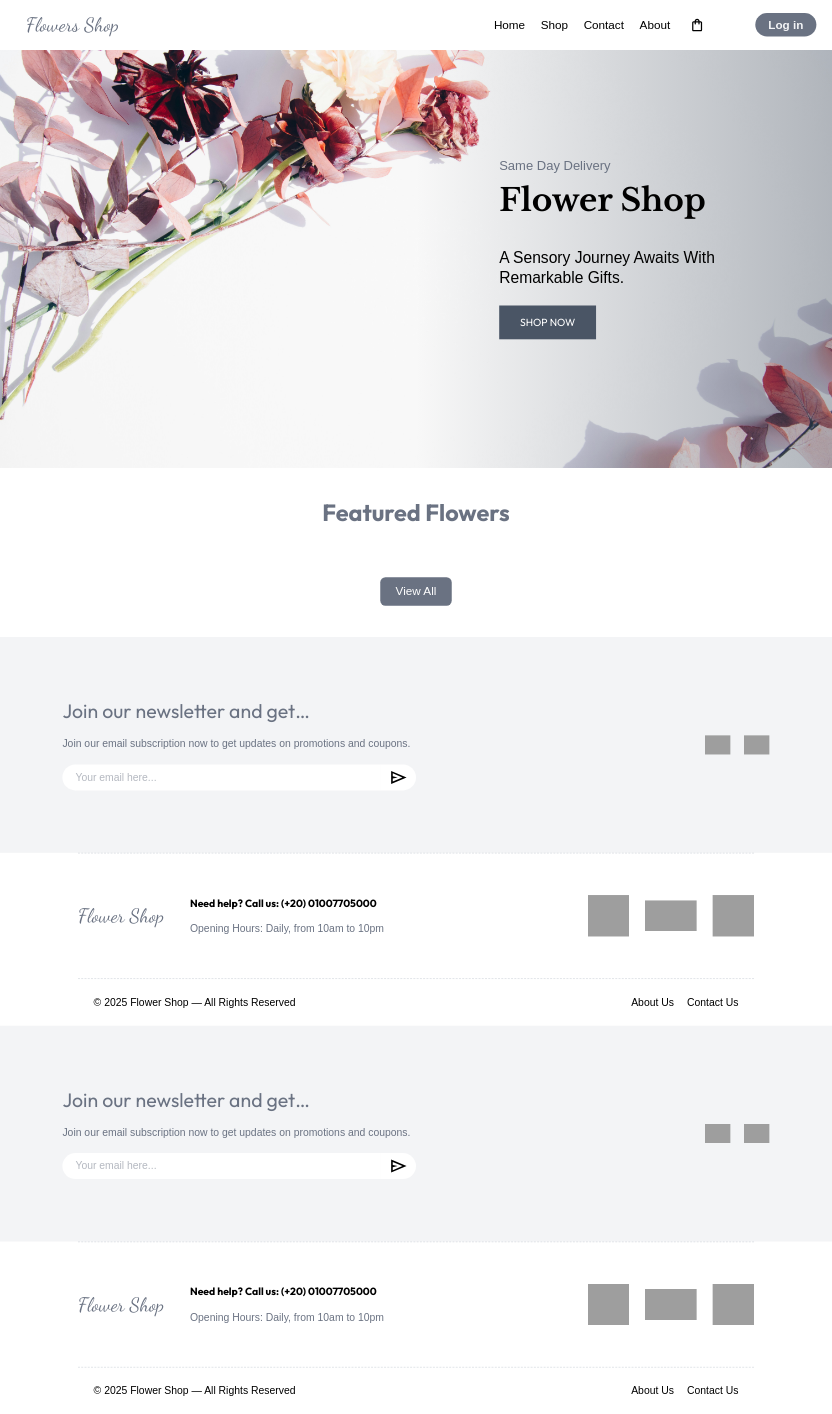
Repository: NotDebugger/flowers-shop
Page: /
These files come from the project's save history. The page is drawn as it stood at one moment and after the next save; the edit follows.
The browser window is 1280 px wide. The pictures show the whole page, at 65% of full size.
Pictures or frames that could not be fetched are drawn as grey boxes. The page's requests for data from a server got no answer. Some web fonts or font styles are not loaded; a fallback is used. The project was rebuilt for these pictures with package versions that can differ from the ones it lists, and the page was loaded fresh each time. No one was signed in, and anything a server would have sent is missing. Also part of the build but not shown: vite.config.js, src/contexts/cartContext.js, src/hooks/useCart.js, src/components/ProductCard.jsx, src/pages/Shop.jsx, src/pages/ProductPage.jsx, src/pages/Cart.jsx, src/pages/Contact.jsx and 4 more.

Above is the page before, as saved 2026-04-06 15:06:14.

### index.html
<!DOCTYPE html>
<html lang="en">
  <head>
    <meta charset="UTF-8" />
    <meta name="viewport" content="width=device-width, initial-scale=1.0" />
    <link rel="icon" href="https://img.freepik.com/premium-vector/pink-flowers-logo-design-concept-vector-art-illustration_761413-39098.jpg" />
    <link rel="preconnect" href="https://fonts.googleapis.com" />
    <link rel="preconnect" href="https://fonts.gstatic.com" crossorigin />
    <link
      href="https://fonts.googleapis.com/css2?family=Dancing+Script:wght@400..700&family=Libre+Baskerville:ital,wght@0,400;0,700;1,400&family=Neucha&family=Outfit:wght@100..900&display=swap"
      rel="stylesheet"
    />

    <title>Flowers Shop</title>
  </head>
  <body>
    <div id="root"></div>
    <script type="module" src="/src/main.jsx"></script>
  </body>
</html>

### src/main.jsx
import { StrictMode } from 'react'
import { createRoot } from 'react-dom/client'
import ReactDOM from "react-dom/client"
import './index.css'
import App from './App.jsx'

createRoot(document.getElementById('root')).render(
  <StrictMode>
    <App />
  </StrictMode>,
)

### src/index.css
@import "tailwindcss";
:root {
  font-family: system-ui, Avenir, Helvetica, Arial, sans-serif;
  line-height: 1.5;
  font-weight: 400;



  font-synthesis: none;
  text-rendering: optimizeLegibility;
  -webkit-font-smoothing: antialiased;
  -moz-osx-font-smoothing: grayscale;
}

### src/App.jsx
import "./App.css";
import React, { useState, useEffect } from "react";
import { BrowserRouter as Router, Routes, Route } from "react-router-dom";
import Navbar from "./components/Navbar";
import Shop from "./pages/Shop";
import ProductPage from "./pages/ProductPage";
import Cart from "./pages/Cart";
import Home from "./pages/Home";
import Contact from "./pages/Contact";
import About from "./pages/About";
import Login from "./pages/Login";
import PasswordForgot from "./pages/PasswordForgot";
import Signup from "./pages/Signup";
import Footer from "./components/Footer";

export default function App() {
  const [cart, setCart] = useState([]);
  const [products, setProducts] = useState([]);

  useEffect(() => {
    fetch(
      "https://raw.githubusercontent.com/Crazy-53/Flowers-Shop/refs/heads/main/src/data/products.json",
    )
      .then((res) => res.json())
      .then((data) => setProducts(data));
  }, []);

  return (
    <Router>
      <Navbar />
      <Routes>
        <Route path="/" element={<Home />} />
        <Route
          path="/shop"
          element={<Shop cart={cart} setCart={setCart} products={products} />}
        />
        <Route path="/contact" element={<Contact />} />
        <Route path="/about" element={<About />} />
        <Route path="/login" element={<Login />} />
        <Route path="/password-forgot" element={<PasswordForgot />} />
        <Route path="/sign-up" element={<Signup />} />
        <Route
          path="/product/:id"
          element={
            <ProductPage cart={cart} setCart={setCart} products={products} />
          }
        />
        <Route path="/cart" element={<Cart cart={cart} setCart={setCart} />} />
      </Routes>
      <Footer />
    </Router>
  );
}

### src/App.css
:root {
  font-family: "Neucha", sans-serif;
}
.family {
  font-family: "Dancing Script", sans-serif;
}
.outfit {
  font-family: "Outfit", sans-serif;
}
.h1-title {
  font-family: "Libre Baskerville", sans-serif;
}
button:hover {
  cursor: pointer;
}

### src/components/Navbar.jsx
import { Link } from "react-router-dom";
import { useState } from "react";

export default function Navbar() {
  const [open, setOpen] = useState(false);

  return (
    <>
      {/* Blur Background */}
      {open && (
        <div
          onClick={() => setOpen(false)}
          className="fixed inset-0 bg-black/30 backdrop-blur-sm z-10 md:hidden"
        />
      )}

      <div className="nav flex justify-between pl-10 pr-6 py-5 w-full fixed top-0 bg-white z-20">

        <Link to="/" className="family text-3xl text-gray-500">
          Flowers Shop
        </Link>

        {/* Mobile Button */}
        <div className="flex gap-5 md:hidden">
          <Link
              to="/login"
              onClick={() => setOpen(false)}
              className="text-lg px-5 py-2 text-gray-100 font-bold bg-gray-500 hover:text-gray-500 hover:bg-gray-100 duration-300 rounded-full"
            >
              Log in
          </Link>

        <button
          className="flex flex-col justify-center items-center w-10 h-10 relative z-20"
          onClick={() => setOpen(!open)}
        >
          <span
            className={`h-1 w-8 bg-black rounded transition-all duration-300 ${
              open ? "rotate-45 translate-y-2" : ""
            }`}
          />
          <span
            className={`h-1 w-8 bg-black rounded my-1 transition-all duration-300 ${
              open ? "opacity-0" : "opacity-100"
            }`}
          />
          <span
            className={`h-1 w-8 bg-black rounded transition-all duration-300 ${
              open ? "-rotate-45 -translate-y-2" : ""
            }`}
          />
        </button>
        </div>

        {/* Desktop Nav */}
        <ul className="hidden md:flex gap-6">
          <li className="hover:scale-120 hover:text-gray-500 self-center duration-200">
            <Link to="/" className="text-lg">Home</Link>
          </li>

          <li className="hover:scale-120 hover:text-gray-500 self-center duration-200">
            <Link to="/shop" className="text-lg">Shop</Link>
          </li>

          <li className="hover:scale-120 hover:text-gray-500 self-center duration-200">
            <Link to="/contact" className="text-lg">Contact</Link>
          </li>

          <li className="hover:scale-120 hover:text-gray-500 self-center duration-200">
            <Link to="/about" className="text-lg">About</Link>
          </li>

          <li className="self-center">
            <Link
              to="/cart"
              className="hover:bg-gray-500 duration-200 rounded-full flex justify-center items-center"
            >
              <svg
                className="inline hover:fill-white p-1.5 duration-200"
                xmlns="http://www.w3.org/2000/svg"
                height="35px"
                viewBox="0 -960 960 960"
                width="35px"
                fill="#000000"
              >
                <path d="M240-80q-33 0-56.5-23.5T160-160v-480q0-33 23.5-56.5T240-720h80q0-66 47-113t113-47q66 0 113 47t47 113h80q33 0 56.5 23.5T800-640v480q0 33-23.5 56.5T720-80H240Zm0-80h480v-480h-80v80q0 17-11.5 28.5T600-520q-17 0-28.5-11.5T560-560v-80H400v80q0 17-11.5 28.5T360-520q-17 0-28.5-11.5T320-560v-80h-80v480Zm160-560h160q0-33-23.5-56.5T480-800q-33 0-56.5 23.5T400-720ZM240-160v-480 480Z" />
              </svg>
            </Link>
          </li>

          <li className="self-center">
            <Link
              to="/login"
              className="text-lg ml-12 px-5 py-2 text-gray-100 font-bold bg-gray-500 hover:text-gray-500 hover:bg-gray-100 duration-300 rounded-full"
            >
              Log in
            </Link>
          </li>
        </ul>

        {/* Mobile Nav */}
        <div
          className={`md:hidden absolute top-full left-0 w-full bg-white shadow-md transition-all duration-300 overflow-hidden ${
            open ? "max-h-96 py-4" : "max-h-0 py-0"
          }`}
        >
          <ul className="flex flex-col items-center gap-4">
            <Link to="/" onClick={() => setOpen(false)} className="text-lg">Home</Link>
            <Link to="/shop" onClick={() => setOpen(false)} className="text-lg">Shop</Link>
            <Link to="/contact" onClick={() => setOpen(false)} className="text-lg">Contact</Link>
            <Link to="/about" onClick={() => setOpen(false)} className="text-lg">About</Link>
            <Link
              to="/cart"
              onClick={() => setOpen(false)}
              className="text-lg flex items-center gap-2"
            >
              Cart
            </Link>
          </ul>
        </div>
      </div>
    </>
  );
}

### src/pages/Home.jsx
import { Link } from "react-router-dom";
import Footer from "../components/Footer";
import FeaturedProducts from "../components/FeaturedProducts";

export default function Home() {
  return (
    <>
      <div className="bg-[url(imgs/flower4.jpg)] h-screen bg-cover bg-top bg-no-repeat relative">
        <div className="absolute inset-0 bg-linear-to-l from-gray-600/40 via-transparent"></div>
        <div className="ml-20 lg:ml-0 absolute right-16 top-2/5 lg:top-2/6 z-10">
          <h4 className="text-xl mb-4 text-gray-500">Same Day Delivery</h4>
          <h1 className="h1-title text-5xl font-bold">Flower Shop</h1>
          <p className="mt-12 text-2xl max-w-md mb-10">
            A Sensory Journey Awaits With Remarkable Gifts.
          </p>
          <Link
            to="/shop"
            className="bg-gray-600 text-white px-8 py-4 hover:bg-gray-100 hover:text-gray-500 duration-400 outfit"
          >
            SHOP NOW
          </Link>
        </div>
      </div>
      <FeaturedProducts />
      <Footer />
    </>
  );
}

### src/components/Footer.jsx
import { Link } from "react-router-dom";

export default function Footer() {
  return (
    <>
      <div className="bg-gray-100 py-16 px-10 md:p-24 flex flex-col md:flex-row gap-10 justify-between text-gray-500">
        <div className="w-full md:w-1/2">
          <h2 className="text-2xl md:text-3xl mb-5 outfit">
            Join our newsletter and get…
          </h2>

          <p className="mb-5">
            Join our email subscription now to get updates on promotions and
            coupons.
          </p>

          <form className="flex w-full">
            <input
              type="email"
              placeholder="Your email here..."
              className="bg-white px-5 py-2 outline-0 w-full rounded-l-full"
            />
            <button className="bg-white px-3 rounded-r-full">
              <svg
                className="inline hover:fill-gray-500 hover:-rotate-45 duration-300"
                xmlns="http://www.w3.org/2000/svg"
                height="30px"
                viewBox="0 -960 960 960"
                width="30px"
                fill="#000"
              >
                <path d="M120-160v-640l760 320-760 320Zm80-120 474-200-474-200v140l240 60-240 60v140Zm0 0v-400 400Z" />
              </svg>
            </button>
          </form>
        </div>

        {/* Social Icons */}
        <div className="grid grid-cols-2 gap-5 justify-center items-center w-1/4 md:w-auto">
          <a href="https://www.facebook.com" className="flex justify-center">
            <img
              src="https://i.postimg.cc/mkZLV9nt/facebook.png"
              alt=""
              className="w-10 hover:w-8 duration-200 hover:opacity-70"
            />
          </a>

          <a href="https://www.instagram.com" className="flex justify-center">
            <img
              src="https://i.postimg.cc/sxfjKWLW/instagram.png"
              alt=""
              className="w-10 hover:w-8 duration-200 hover:opacity-70"
            />
          </a>
        </div>
      </div>

      <div className="flex flex-col md:flex-row justify-between mx-5 md:mx-30 py-10 md:py-16 border-t border-b border-dashed border-gray-300 gap-10">
        <div className="flex flex-col md:flex-row md:items-center">
          <h1 className="family text-3xl text-gray-500 text-center md:text-left">
            Flower Shop
          </h1>

          <div className="md:ml-10 mt-5 md:mt-0 text-center md:text-left">
            <p className="font-bold mb-4 outfit">
              Need help? Call us: (+20) 01007705000
            </p>
            <p className="text-gray-500">
              Opening Hours: Daily, from 10am to 10pm
            </p>
          </div>
        </div>

        {/* Payment Icons */}
        <div className="flex justify-center md:justify-end gap-6 items-center">
          <img src="https://i.postimg.cc/Df5y0CWW/visa.png" alt="" className="w-16 h-16" />
          <img src="https://i.postimg.cc/kGMJwSHn/card.png" alt="" className="w-20 h-12" />
          <img
            src="https://i.postimg.cc/W3wpM85z/american-express.png"
            alt=""
            className="w-16 h-16"
          />
        </div>
      </div>

      <footer className="p-6 mx-5 md:mx-30 flex flex-col md:flex-row justify-between text-center md:text-left gap-5">
        <p>© 2025 Flower Shop — All Rights Reserved</p>

        <div className="flex gap-5 justify-center md:justify-end">
          <Link to="/about" className="hover:text-gray-500 duration-300">
            About Us
          </Link>
          <Link to="/contact" className="hover:text-gray-500 duration-300">
            Contact Us
          </Link>
        </div>
      </footer>
    </>
  );
}

### src/components/FeaturedProducts.jsx
import { Link } from "react-router-dom";
import { useState, useEffect } from "react";

export default function FeaturedProducts() {
  const [products, setProducts] = useState([]);

  useEffect(() => {
    fetch(
      "https://raw.githubusercontent.com/Crazy-53/Flowers-Shop/refs/heads/main/src/data/products.json"
    )
      .then((res) => res.json())
      .then((data) => setProducts(data));
  }, []);
  const featured = products.slice(0, 6);

  return (
    <div className="px-6 py-12 max-w-5xl mx-auto">
      <h2 className="text-4xl font-bold text-center mb-10 text-gray-500 outfit">
        Featured Flowers
      </h2>
      <div className="grid grid-cols-1 sm:grid-cols-2 lg:grid-cols-3 gap-8 mb-10">
        {featured.map((p) => (
          <div
            key={p.id}
            className="bg-white shadow-lg rounded-xl overflow-hidden hover:scale-105 transition"
          >
            <img src={p.image} className="w-full h-56 object-cover" />
            <div className="p-4 text-center">
              <h3 className="text-2xl font-semibold mb-2">{p.name}</h3>
              <p className="text-gray-600 mb-4">EGP {p.price}</p>
              <Link
                to={`/product/${p.id}`}
                className="text-lg bg-gray-500 text-white px-5 py-2 rounded-lg hover:bg-gray-200 hover:text-gray-500 transition duration-200"
              >
                View
              </Link>
            </div>
          </div>
        ))}
      </div>
      <div className="flex justify-center">
        <Link
          to="/shop"
          className="text-lg bg-gray-500 text-white px-6 py-2 rounded-lg hover:bg-gray-100 hover:text-gray-500 transition duration-200"
        >
          View All
        </Link>
      </div>
    </div>
  );
}

After the next save:
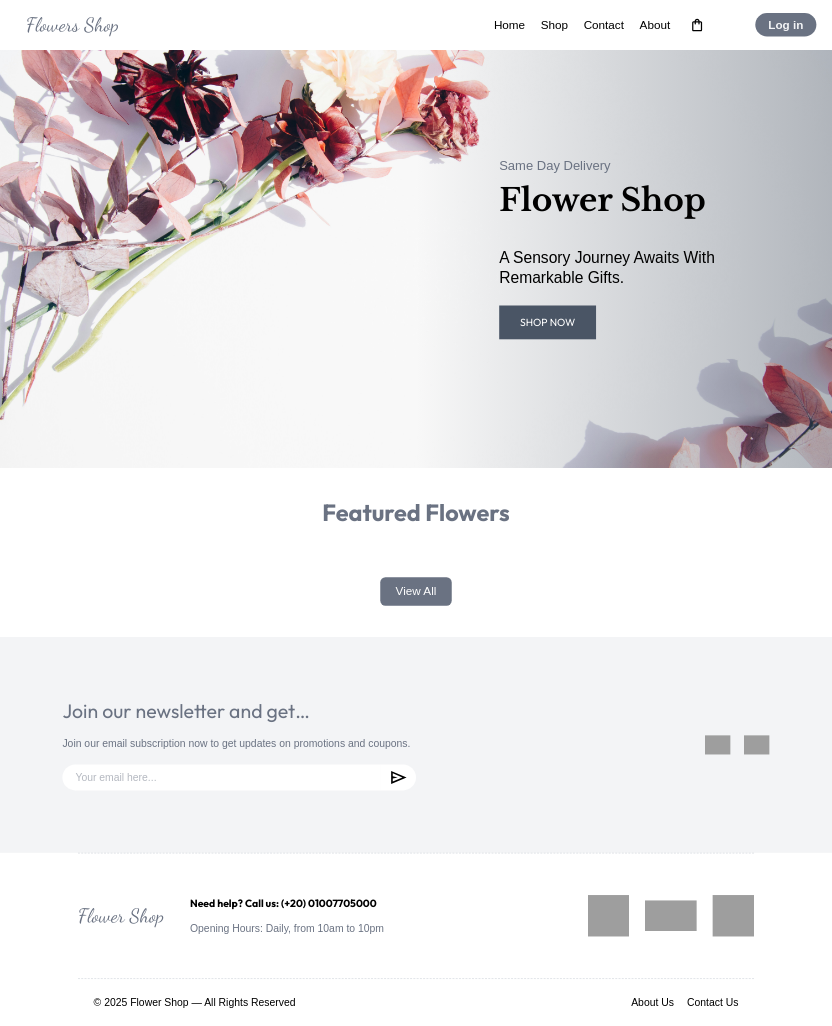
Saved 18 s later.
--- a/src/pages/Home.jsx
+++ b/src/pages/Home.jsx
@@ -1,5 +1,4 @@
 import { Link } from "react-router-dom";
-import Footer from "../components/Footer";
 import FeaturedProducts from "../components/FeaturedProducts";
 
 export default function Home() {
@@ -22,7 +21,6 @@ export default function Home() {
         </div>
       </div>
       <FeaturedProducts />
-      <Footer />
     </>
   );
 }
